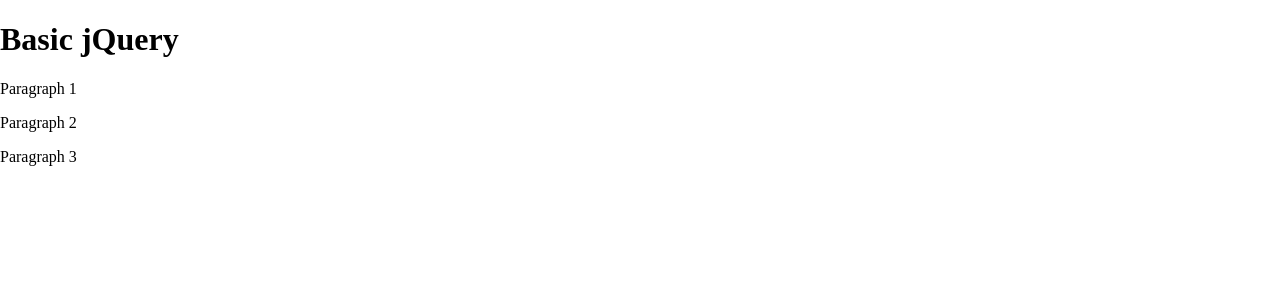
Repository: andyd71/Javascript-Projects
Page: jQuery/jquery.html
An editor plug-in stored every save of this project. The page is shown before and after the next save, followed by the edit.
The browser window is 1280 px wide. The pictures show the whole page.

Above is the page before, as saved 2021-05-07 21:03:53.

### jQuery/jquery.html
<!DOCTYPE html>
<html lang="en">
<head>
    <meta charset="UTF-8">
    <meta http-equiv="X-UA-Compatible" content="IE=edge">
    <meta name="viewport" content="width=device-width, initial-scale=1.0">
    <script src="https://code.jquery.com/jquery-3.6.0.js" integrity="sha256-H+K7U5CnXl1h5ywQfKtSj8PCmoN9aaq30gDh27Xc0jk=" crossorigin="anonymous"></script>
     <title>Document</title>


</head>
<body>

<script>
 $(document).ready(function(){
     $("html").append(
         "<body>\
            <div id='container'>\
                <div id='inner'>\
                    <h1>Basic jQuery</h1>\
                    <p>Paragraph 1</p>\
                    <p>Paragraph 2</p>\
                    <p>Paragraph 3</p>\
                </div>\
            </div>\
        </body>"
     );
     $("p").css
    });
</script>
</body>
</html>

After the next save:
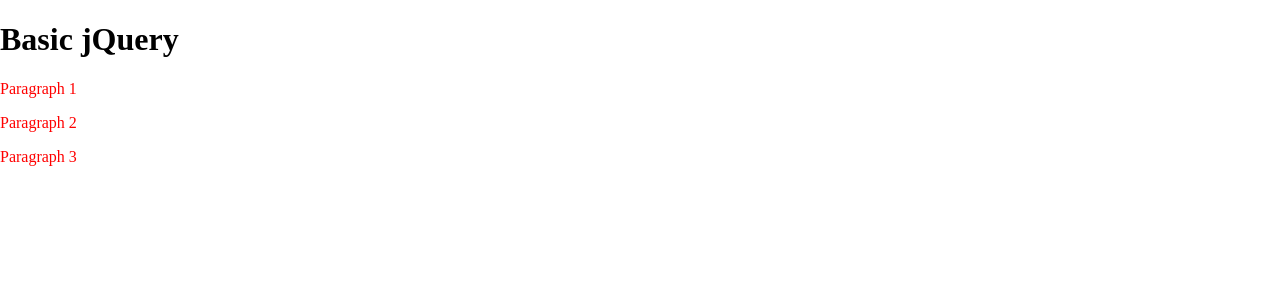
Saved 90 s later.
--- a/jQuery/jquery.html
+++ b/jQuery/jquery.html
@@ -25,7 +25,7 @@
             </div>\
         </body>"
      );
-     $("p").css
+     $("p").css({"color":"red"});
     });
 </script>
 </body>
